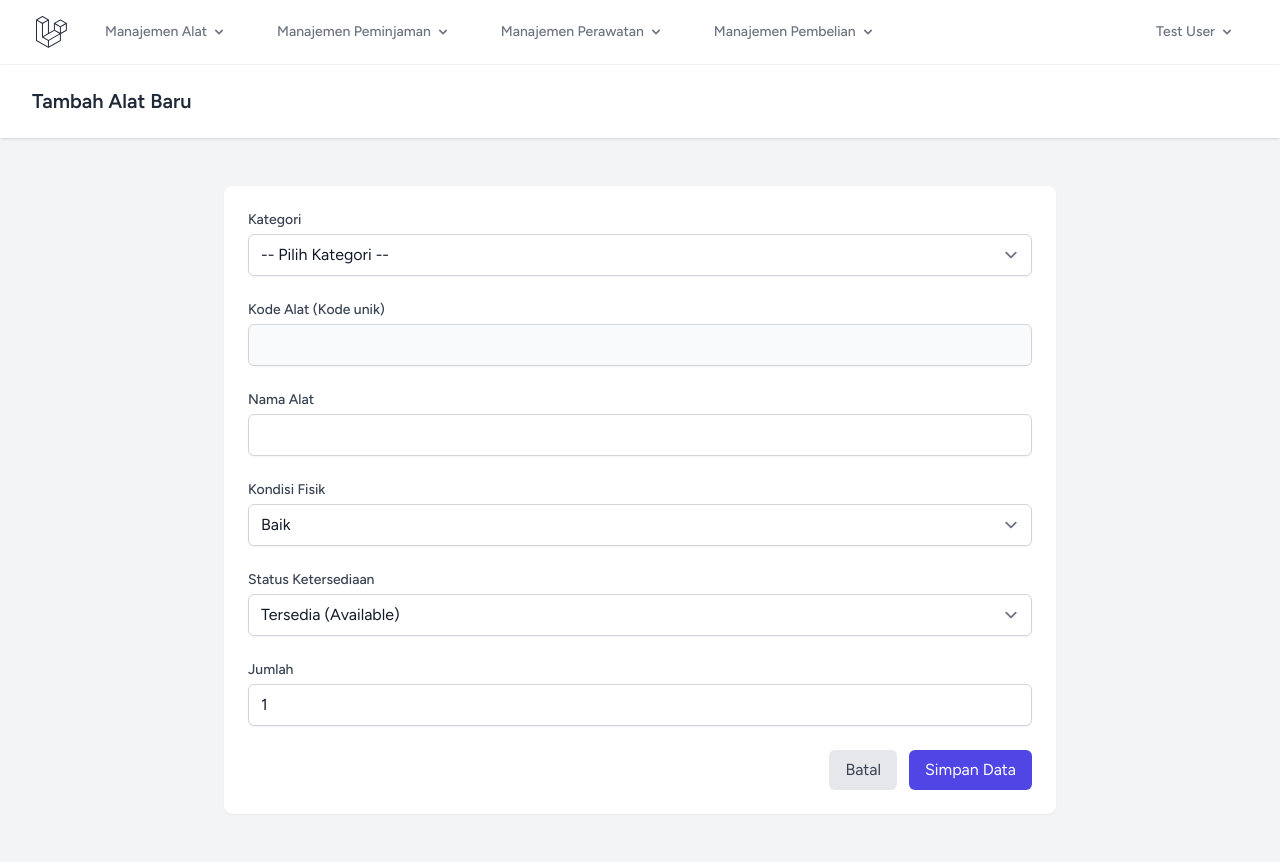
Repository: jeehany/Inventaris-Multimedia
Page: http://localhost/tools/create
The author's editor kept a copy of each file at every save. The page is drawn from the files as they stood at one save, then again after a run of saves.
The browser window is 1280 px wide. The pictures show the whole page.
The page is served by the project's Laravel application, run on PHP 8.4 with Laravel 12. A made-up administrator, Test User (test@example.com), is signed in. Other server files are loaded and not shown. Style sheets and scripts are compiled from the project's sources, by tool versions that may differ from the author's. Queries for data that is not in the repository find no rows.

Above is the page before, as saved 2025-12-26 17:06:12.

### routes/web.php
<?php

use Illuminate\Support\Facades\Route;
use App\Http\Controllers\ProfileController;
use App\Http\Controllers\CategoryController;
use App\Http\Controllers\ToolController;
use App\Http\Controllers\BorrowerController;
use App\Http\Controllers\BorrowingController;
use App\Http\Controllers\VendorController;
use App\Http\Controllers\PurchaseController;
use App\Http\Controllers\DashboardController;
use App\Http\Controllers\MaintenanceController;
use App\Http\Controllers\MaintenanceTypeController;

/*
|--------------------------------------------------------------------------
| Web Routes
|--------------------------------------------------------------------------
*/

Route::get('/', function () {
    return view('welcome');
});

Route::get('/dashboard', [DashboardController::class, 'index'])
    ->middleware(['auth', 'verified'])
    ->name('dashboard');

Route::middleware('auth')->group(function () {

    // --- Profile Routes ---
    Route::get('/profile', [ProfileController::class, 'edit'])->name('profile.edit');
    Route::patch('/profile', [ProfileController::class, 'update'])->name('profile.update');
    Route::delete('/profile', [ProfileController::class, 'destroy'])->name('profile.destroy');

    // --- Manajemen Alat (Tools) ---
    // 1. Trash & Restore (WAJIB DI ATAS Resource)
    Route::get('/tools/trash', [ToolController::class, 'trash'])->name('tools.trash');
    Route::put('/tools/{id}/restore', [ToolController::class, 'restore'])->name('tools.restore');

    // 2. Export & Custom
    Route::get('tools/export-pdf', [ToolController::class, 'exportPdf'])->name('tools.exportPdf');

    // 3. Resource & Kategori
    Route::resource('categories', CategoryController::class);
    Route::get('/categories/{category}/next-code', [CategoryController::class, 'nextCode'])->name('categories.nextCode');
    Route::resource('tools', ToolController::class);


    // --- Peminjam & Peminjaman ---
    Route::resource('borrowers', BorrowerController::class);

    // Custom Routes Peminjaman
    Route::get('/borrowings/export-pdf', [BorrowingController::class, 'exportPdf'])->name('borrowings.exportPdf');
    Route::put('/borrowings/{id}/return', [BorrowingController::class, 'returnItem'])->name('borrowings.return');
    Route::get('/get-tools/{categoryId}', [BorrowingController::class, 'getToolsByCategory'])->name('tools.getByCategory');

    Route::resource('borrowings', BorrowingController::class);


    // --- Manajemen Pembelian (UPDATED) ---
    Route::resource('vendors', VendorController::class);

    // 1. Route Khusus Pembelian (WAJIB DI ATAS Resource Purchases)
    // Agar tidak dianggap sebagai ID (misal: /purchases/approved tidak dianggap /purchases/{id})
    Route::get('/purchases/report', [PurchaseController::class, 'report'])->name('purchases.report');
    Route::get('/purchases/approved', [PurchaseController::class, 'approvedList'])->name('purchases.approved'); // Untuk Menu "Pembelian Barang"
    Route::get('/purchases/history', [PurchaseController::class, 'history'])->name('purchases.history'); // Untuk Menu "Riwayat"

    // 2. Action Approval & Upload
    Route::post('/purchases/{purchase}/approve', [PurchaseController::class, 'approve'])->name('purchases.approve');
    Route::post('/purchases/{purchase}/reject', [PurchaseController::class, 'reject'])->name('purchases.reject');
    Route::post('/purchases/{id}/upload-proof', [PurchaseController::class, 'uploadProof'])->name('purchases.uploadProof'); // Logic upload bukti

    // 3. Resource Purchases (CRUD Utama)
    Route::resource('purchases', PurchaseController::class);


    // --- Maintenance Routes ---
    Route::resource('maintenances', MaintenanceController::class);
    Route::resource('maintenance-types', MaintenanceTypeController::class);
});

require __DIR__.'/auth.php';

### app/Models/User.php
<?php

namespace App\Models;

// use Illuminate\Contracts\Auth\MustVerifyEmail;
use Illuminate\Database\Eloquent\Factories\HasFactory;
use Illuminate\Foundation\Auth\User as Authenticatable;
use Illuminate\Notifications\Notifiable;

class User extends Authenticatable
{
    /** @use HasFactory<\Database\Factories\UserFactory> */
    use HasFactory, Notifiable;

    /**
     * The attributes that are mass assignable.
     *
     * @var list<string>
     */
    protected $fillable = [
        'name',
        'email',
        'password',
        'role',
    ];

    /**
     * The attributes that should be hidden for serialization.
     *
     * @var list<string>
     */
    protected $hidden = [
        'password',
        'remember_token',
    ];

    /**
     * Get the attributes that should be cast.
     *
     * @return array<string, string>
     */
    protected function casts(): array
    {
        return [
            'email_verified_at' => 'datetime',
            'password' => 'hashed',
        ];
    }

    public function isHead(): bool
    {
        return in_array($this->role, ['kepala', 'head']);
    }
}

### app/Http/Controllers/ToolController.php
<?php

namespace App\Http\Controllers;

use App\Models\Tool;
use App\Models\Category;
use Illuminate\Http\Request;
use Illuminate\Support\Facades\Auth;
use Barryvdh\DomPDF\Facade\Pdf;
use Illuminate\Database\Eloquent\SoftDeletes;
use Illuminate\Validation\Rule; // Tambahkan ini untuk validasi update

class ToolController extends Controller
{
    // ==========================
    // 1. READ DATA (INDEX & PDF)
    // ==========================

    public function index(Request $request)
    {
        $categories = Category::all();
        $query = $this->getFilteredQuery($request);
        $tools = $query->latest()->paginate(10)->withQueryString();

        return view('tools.index', compact('tools', 'categories'));
    }

    public function exportPdf(Request $request)
    {
        $query = $this->getFilteredQuery($request);
        $tools = $query->get();
        $pdf = Pdf::loadView('tools.pdf', compact('tools'));

        return $pdf->download('laporan-inventaris-alat-' . now()->format('Y-m-d') . '.pdf');
    }

    // ==========================
    // 2. SOFT DELETES (TRASH)
    // ==========================

    public function trash()
    {
        $user = Auth::user();
        if ($user && in_array($user->role, ['kepala','head'])) {
             return redirect()->route('tools.index')->with('error', 'Akses ditolak.');
        }

        $tools = Tool::onlyTrashed()->with('category')->paginate(10);
        return view('tools.trash', compact('tools'));
    }

    public function restore($id)
    {
        $user = Auth::user();
        if ($user && in_array($user->role, ['kepala','head'])) {
             return redirect()->back()->with('error', 'Akses ditolak.');
        }

        $tool = Tool::onlyTrashed()->findOrFail($id);

        // Cek apakah kode alat bertabrakan dengan data aktif saat ini
        // Jika kode 'A-001' dihapus, lalu ada 'A-001' baru dibuat, restore akan error/duplicate.
        // Opsional: Tambahkan logika suffix jika duplikat, tapi di sini kita restore standar.

        $tool->availability_status = 'available';
        $tool->save();
        $tool->restore();

        return redirect()->route('tools.trash')->with('success', 'Alat berhasil dipulihkan ke daftar aktif.');
    }

    // ==========================
    // 3. CRUD (CREATE, UPDATE, DELETE)
    // ==========================

    public function create() {
        $user = Auth::user();
        if ($user && in_array($user->role, ['kepala','head'])) {
            return redirect()->route('tools.index')->with('error', 'Akses ditolak.');
        }

        $categories = Category::all();

        // (Opsional) Kita bisa kirim calon kode berikutnya ke view untuk ditampilkan
        $nextCode = $this->generateNextToolCode();

        return view('tools.create', compact('categories', 'nextCode'));
    }

    public function store(Request $request) {
        $user = Auth::user();
        if ($user && in_array($user->role, ['kepala','head'])) {
            return redirect()->route('tools.index')->with('error', 'Akses ditolak.');
        }

        // 1. Validasi Input (Hapus validasi tool_code dari user input karena akan auto-generate)
        $request->validate([
            // 'tool_code' tidak divalidasi dari input user agar konsisten by system
            'tool_name' => 'required|string',
            'category_id' => 'required|exists:tool_categories,id',
            'current_condition' => 'required|string',
            'availability_status' => 'nullable|in:available,borrowed,maintenance,lost,disposed,broken',
        ]);

        $data = $request->only(['tool_name', 'category_id', 'current_condition', 'availability_status']);

        // 2. AUTO GENERATE CODE
        // Fungsi ini menjamin kode mengikuti urutan terakhir MESKIPUN data terakhir sudah dihapus
        $data['tool_code'] = $this->generateNextToolCode();

        $data['availability_status'] = $data['availability_status'] ?? 'available';

        Tool::create($data);

        return redirect()->route('tools.index')->with('success', 'Alat berhasil ditambahkan dengan kode: ' . $data['tool_code']);
    }

    public function edit($id) {
        $user = Auth::user();
        if ($user && in_array($user->role, ['kepala','head'])) {
            return redirect()->route('tools.index')->with('error', 'Akses ditolak.');
        }
        $tool = Tool::findOrFail($id);
        $categories = Category::all();
        return view('tools.edit', compact('tool', 'categories'));
    }

    public function update(Request $request, $id) {
        $user = Auth::user();
        if ($user && in_array($user->role, ['kepala','head'])) {
            return redirect()->route('tools.index')->with('error', 'Akses ditolak.');
        }

        $request->validate([
            'tool_name'   => 'required|string|max:255',
            'category_id' => 'required|exists:tool_categories,id',
            'current_condition' => 'required|string',
            // Validasi: pastikan tidak mengubah kode menjadi kode yang sudah ada (termasuk di trash)
            // (Jika tool_code bisa diedit, tambahkan validasi unique di sini)
        ]);

        $tool = Tool::findOrFail($id);

        $tool->update([
            'tool_name'         => $request->tool_name,
            'category_id'       => $request->category_id,
            'current_condition' => $request->current_condition,
            'availability_status' => $request->availability_status,
        ]);

        return redirect()->route('tools.index')->with('success', 'Data alat diperbarui.');
    }

    public function destroy($id)
    {
        $user = Auth::user();
        if ($user && in_array($user->role, ['kepala','head'])) {
            return redirect()->route('tools.index')->with('error', 'Akses ditolak.');
        }

        $tool = Tool::findOrFail($id);

        if ($tool->availability_status == 'borrowed') {
            return redirect()->back()->with('error', 'Gagal! Alat sedang dipinjam oleh seseorang.');
        }

        if ($tool->availability_status == 'maintenance') {
            return redirect()->back()->with('error', 'Gagal! Alat sedang dalam perbaikan.');
        }

        $tool->availability_status = 'disposed';
        $tool->save();
        $tool->delete();

        return redirect()->route('tools.index')->with('success', 'Alat berhasil dipindahkan ke Inventaris Tak Terpakai.');
    }

    // ==========================
    // 4. HELPER FUNCTION
    // ==========================

    /**
     * Membuat kode alat otomatis berdasarkan data terakhir (termasuk Trash).
     * Format contoh: TOOL-001, TOOL-002
     */
    private function generateNextToolCode()
    {
        // 1. Ambil tool terakhir berdasarkan ID, TERMASUK yang sudah dihapus (withTrashed)
        $lastTool = Tool::withTrashed()->orderBy('id', 'desc')->first();

        // 2. Jika belum ada data sama sekali, mulai dari 001
        if (!$lastTool) {
            return 'TOOL-001';
        }

        // 3. Ambil kode terakhir
        $lastCode = $lastTool->tool_code;

        // 4. Pecah string dan angka (Contoh: TOOL-005 menjadi "TOOL-" dan "005")
        // Regex: Ambil semua karakter sebelum angka terakhir, dan ambil angka terakhirnya
        if (preg_match('/^(.*?)(\d+)$/', $lastCode, $matches)) {
            $prefix = $matches[1]; // misal "TOOL-"
            $number = intval($matches[2]); // misal 5
            $length = strlen($matches[2]); // panjang digit (misal 3 digit)

            // Increment angka
            $newNumber = $number + 1;

            // Gabungkan kembali dengan padding nol di depan
            return $prefix . str_pad($newNumber, $length, '0', STR_PAD_LEFT);
        }

        // Fallback jika format kode sebelumnya tidak mengandung angka (misal "OBENG")
        return $lastCode . '-1';
    }

    private function getFilteredQuery(Request $request)
    {
        $query = Tool::with('category');

        if ($request->has('search') && $request->search != null) {
            $search = $request->search;
            $query->where(function($q) use ($search) {
                $q->where('tool_name', 'like', '%'.$search.'%')
                  ->orWhere('tool_code', 'like', '%'.$search.'%');
            });
        }

        if ($request->has('status') && $request->status != null) {
            $query->where('availability_status', $request->status);
        }

        if ($request->has('category_id') && $request->category_id != null && $request->category_id != 'all') {
            $query->where('category_id', $request->category_id);
        }

        return $query;
    }
}

### app/Models/Category.php
<?php

namespace App\Models;

use Illuminate\Database\Eloquent\Factories\HasFactory;
use Illuminate\Database\Eloquent\Model;

class Category extends Model
{
    use HasFactory;

    // Nama tabel sesuai migration
    protected $table = 'tool_categories';

    protected $fillable = ['category_name', 'description', 'code'];

    public function tools()
    {
        return $this->hasMany(Tool::class, 'category_id', 'id');
    }
}

### app/Models/Tool.php
<?php

namespace App\Models;

use Illuminate\Database\Eloquent\Factories\HasFactory;
use Illuminate\Database\Eloquent\Model;
use Illuminate\Database\Eloquent\SoftDeletes;


class Tool extends Model
{
    use HasFactory;
    use SoftDeletes;

    protected $table = 'tools'; // Pastikan ini sesuai nama tabel alat di DB

    protected $fillable = [
        'tool_code',
        'tool_name',
        'category_id',
        'current_condition',
        'availability_status',
        'purchase_item_id'
    ];

    public function category()
    {
        // Hubungkan ke model Category yang sudah kita perbaiki di atas
        return $this->belongsTo(Category::class, 'category_id', 'id');
    }

    public function borrowingItems()
    {
        return $this->hasMany(\App\Models\BorrowingItem::class, 'tool_id', 'id');
    }

    // Relasi balik ke pembelian
    public function originPurchaseItem()
    {
        return $this->belongsTo(PurchaseItem::class, 'purchase_item_id');
    }
}

### resources/views/tools/create.blade.php
<x-app-layout>
    <x-slot name="header">
        <h2 class="font-semibold text-xl text-gray-800 leading-tight">
            {{ __('Tambah Alat Baru') }}
        </h2>
    </x-slot>

    <div class="py-12">
        <div class="max-w-4xl mx-auto sm:px-6 lg:px-8">
            <div class="bg-white overflow-hidden shadow-sm sm:rounded-lg">
                <div class="p-6 text-gray-900">

                    <form action="{{ route('tools.store') }}" method="POST">
                        @csrf

                        <div class="grid grid-cols-1 gap-6">

                            {{-- Nama Alat --}}
                            {{-- Kategori --}}
                            <div>
                                <label class="block font-medium text-sm text-gray-700">Kategori</label>
                                <select id="category_select" name="category_id" class="mt-1 block w-full border-gray-300 rounded-md shadow-sm focus:border-indigo-500 focus:ring-indigo-500">
                                    <option value="">-- Pilih Kategori --</option>
                                    @foreach($categories as $cat)
                                        <option value="{{ $cat->id }}" data-code="{{ $cat->code }}">{{ $cat->category_name }}</option>
                                    @endforeach
                                </select>
                            </div>
                            {{-- Kode Alat (unik) --}}
                            <div>
                                <label class="block font-medium text-sm text-gray-700">Kode Alat (Kode unik)</label>
                                <input type="text" id="tool_code" name="tool_code" readonly class="mt-1 block w-full border-gray-300 rounded-md shadow-sm focus:border-indigo-500 focus:ring-indigo-500 bg-gray-50" required>
                            </div>

                            {{-- Nama Alat --}}
                            <div>
                                <label class="block font-medium text-sm text-gray-700">Nama Alat</label>
                                <input type="text" name="tool_name" class="mt-1 block w-full border-gray-300 rounded-md shadow-sm focus:border-indigo-500 focus:ring-indigo-500" required>
                            </div>


                            {{-- Kondisi (Sesuai database kamu: current_condition) --}}
                            <div>
                                <label class="block font-medium text-sm text-gray-700">Kondisi Fisik</label>
                                <select name="current_condition" class="mt-1 block w-full border-gray-300 rounded-md shadow-sm focus:border-indigo-500 focus:ring-indigo-500">
                                    <option value="Baik">Baik</option>
                                    <option value="Rusak">Rusak</option>
                                </select>
                            </div>

                            {{-- Status Ketersediaan (Ini yang kamu minta ada di create) --}}
                            <div>
                                <label class="block font-medium text-sm text-gray-700">Status Ketersediaan</label>
                                <select name="availability_status" class="mt-1 block w-full border-gray-300 rounded-md shadow-sm focus:border-indigo-500 focus:ring-indigo-500">
                                    <option value="available">Tersedia (Available)</option>
                                    <option value="borrowed">Sedang Dipinjam</option>
                                    <option value="maintenance">Dalam Perbaikan</option>
                                </select>
                            </div>

                            {{-- Jumlah --}}
                            <div>
                                <label class="block font-medium text-sm text-gray-700">Jumlah</label>
                                <input type="number" name="amount" value="1" class="mt-1 block w-full border-gray-300 rounded-md shadow-sm">
                            </div>

                        </div>

                        <div class="mt-6 flex justify-end gap-3">
                            <a href="{{ route('tools.index') }}" class="px-4 py-2 bg-gray-200 text-gray-700 rounded-md hover:bg-gray-300">Batal</a>
                            <button type="submit" class="px-4 py-2 bg-indigo-600 text-white rounded-md hover:bg-indigo-700">Simpan Data</button>
                        </div>
                    </form>

                </div>
            </div>
        </div>
    </div>
    <script>
        document.addEventListener('DOMContentLoaded', function() {
            const select = document.getElementById('category_select');
            const codeInput = document.getElementById('tool_code');

            async function fetchNext(catId) {
                if (!catId) { codeInput.value = ''; return; }
                try {
                    const res = await fetch(`/categories/${catId}/next-code`);
                    if (!res.ok) return;
                    const json = await res.json();
                    if (json.next) codeInput.value = json.next;
                    else codeInput.value = '';
                } catch (e) {
                    console.error('Fetch next code error', e);
                }
            }

            if (select) {
                select.addEventListener('change', function() { fetchNext(this.value); });
                if (select.value) fetchNext(select.value);
            }
        });
    </script>
</x-app-layout>

Loaded but not shown: routes/auth.php (common file); app/Http/Controllers/Auth/EmailVerificationPromptController.php (common file); app/Http/Controllers/Controller.php (common file); app/Http/Controllers/Auth/VerifyEmailController.php (common file); app/View/Components/AppLayout.php (common file); resources/views/layouts/app.blade.php (common file); resources/views/components/application-logo.blade.php (common file); resources/views/components/dropdown-link.blade.php (common file); resources/views/components/dropdown.blade.php (common file); resources/views/components/responsive-nav-link.blade.php (common file); resources/css/app.css (common file); tailwind.config.js (common file); resources/js/app.js (common file); resources/js/bootstrap.js (common file); resources/views/layouts/navigation.blade.php (211 lines, source omitted)

After the next 3 saves:
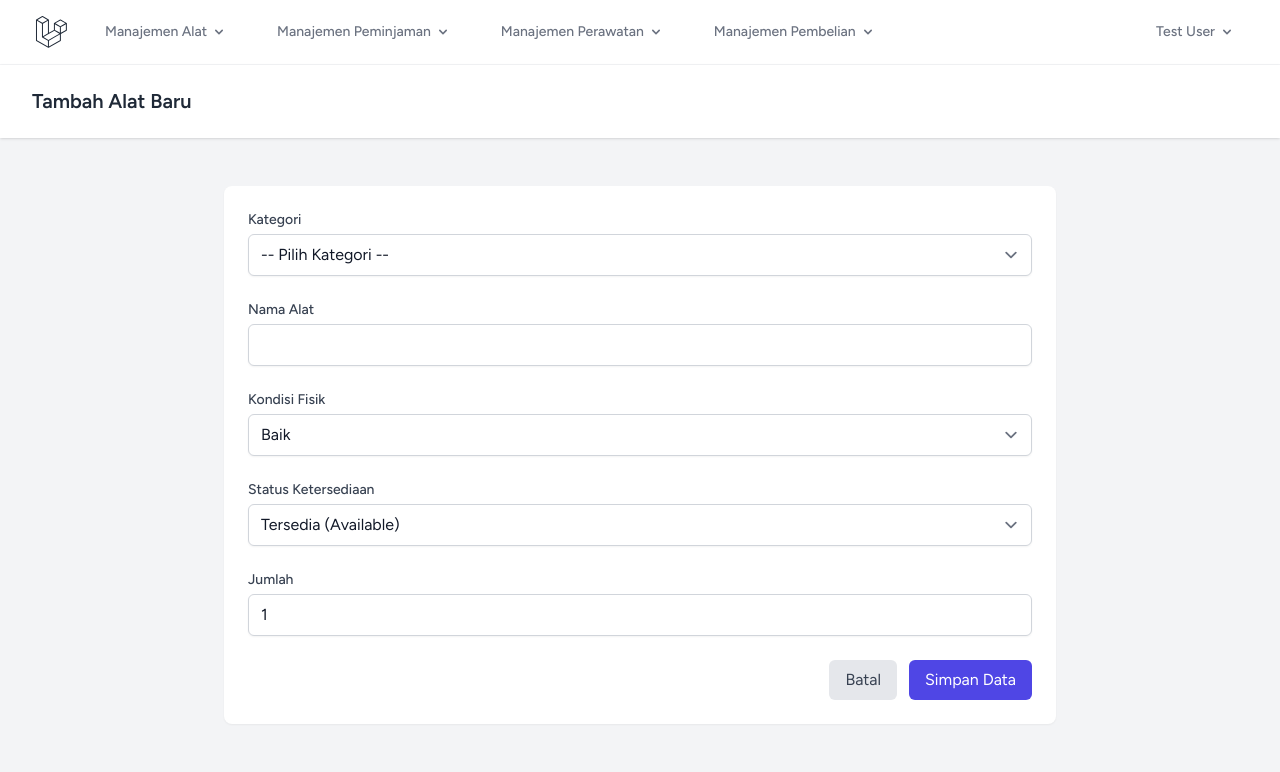
The 3 saves are shown as one change because they came seconds apart.
The last was saved 25 s later.
--- a/resources/views/tools/create.blade.php
+++ b/resources/views/tools/create.blade.php
@@ -27,7 +27,7 @@
                                 </select>
                             </div>
                             {{-- Kode Alat (unik) --}}
-                            <div>
+                            <div class="hidden">
                                 <label class="block font-medium text-sm text-gray-700">Kode Alat (Kode unik)</label>
                                 <input type="text" id="tool_code" name="tool_code" readonly class="mt-1 block w-full border-gray-300 rounded-md shadow-sm focus:border-indigo-500 focus:ring-indigo-500 bg-gray-50" required>
                             </div>
